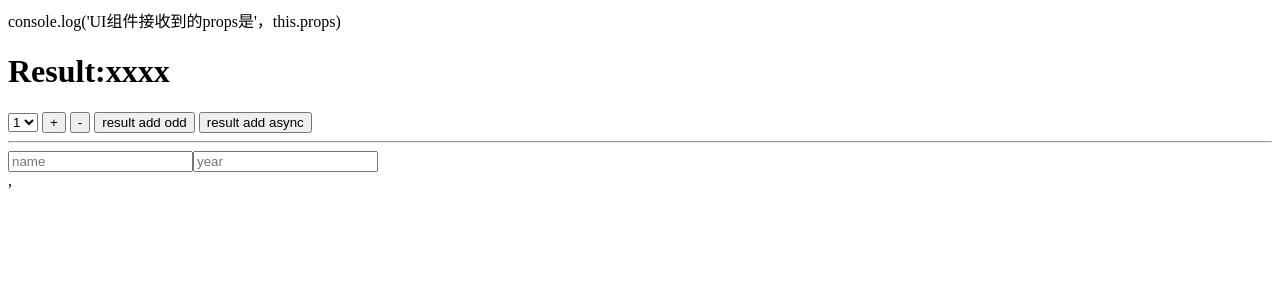
Repository: wenxi0504/React_redux220121
Page: / (app in redux_test/)
An editor plug-in stored every save of this project. The page is shown before and after the next save, followed by the edit.
The browser window is 1280 px wide. The pictures show the whole page.
The project was rebuilt for these pictures with package versions that can differ from the ones it lists, and the page was loaded fresh each time. Also part of the build but not shown: redux_test/src/component/Count/index.jsx.

Above is the page before, as saved 2022-01-27 21:27:04.

### redux_test/public/index.html
<!DOCTYPE html>
<html lang="en">
<head>
    <meta charset="UTF-8">
    <meta http-equiv="X-UA-Compatible" content="IE=edge">
    <meta name="viewport" content="width=device-width, initial-scale=1.0">
    <title>redux</title>
</head>
<body>
    <div id="root"></div>
</body>
</html>

### redux_test/src/index.js
import React from 'react'
import ReactDOM from 'react-dom'
import App from './App'
import store from'./redux/store'
import {Provider} from 'react-redux'

ReactDOM.render(
    <Provider store={store}>
        <App/>,
    </Provider>,
    document.getElementById('root')
    )

### redux_test/src/App.jsx
import React, { Component } from 'react';
import Count from './containers/Count'// container Count
import store from './redux/store'
import Person from './containers/Person'

export default class App extends Component {
  render() {
    return (<div>
      {/* 给容器组件传递store */}
        <Count store={store}/>
        <hr/>
        <Person/>
    </div>)
  }
}

### redux_test/src/redux/store.js
// this file is to expose a store object, the App only has one store object

//import createStore in order to create store object
import{createStore,applyMiddleware} from 'redux'
// import reducer
import countReducer from './reduces/counter_reducer'
//import redux-thunk , in order to support async action
import thunk from 'redux-thunk'


export default createStore(countReducer,applyMiddleware(thunk))

### redux_test/src/containers/Count/index.js
import CountUI from '../../component/Count'
import store from '../../redux/store'
//import connect to connect UI component and redux
import{connect} from 'react-redux'
//引入action
import {createIncrementAction,createDecrementAction,createIncrementAsyncAction} from '../../redux/counter_action'

import React, { Component } from 'react';


// define UI Component
class Count extends Component {
    state={carName:'Benz'}



    increment =()=>{
        const{value}=this.selectNumber
        this.props.jia(value*1)


    }
    decrement =()=>{
        const{value}=this.selectNumber
        this.props.jian(value*1)


    }
    incrementIfOdd =()=>{
        const{value}=this.selectNumber
        if(this.props.count %2 !==0){
            this.props.jia(value*1,500)

        }

    }
    incrementAsync =()=>{
        const{value}=this.selectNumber
        this.props.jiaAsync(value*1)
        //setTimeout(()=>{

    }
  render() {
    return <div>
        console.log('UI组件接收到的props是'，this.props)
        <h1>Result:xxxx </h1>
        <select ref={c=>this.selectNumber=c}>
        <option value="1">1</option>
        <option value="2">2</option>
        <option value="3">3</option>
        </select>&nbsp;
        <button onClick={this.increment}>+</button>&nbsp;
        <button onClick={this.decrement}>-</button>&nbsp;
        <button onClick={this.incrementIfOdd}>result add odd</button>&nbsp;
        <button onClick={this.incrementAsync}>result add async</button>
    </div>;
  }
}



//映射状态
//const mapStateToProps = state=>({count:state})

//映射操作状态的方法
// const mapDispatchToProps=dispatch =>(
//     {
//         jia:number=>dispatch(createIncrementAction(number)),
//         jian:number=>dispatch(createDecrementAction(number)),
//         jiaAsync:(number,time)=>dispatch(createIncrementAsyncAction(number,time))
//     }

// )






//use connect to create and export a container component for Count
// export default connect(
//     mapStateToProps,
//     mapDispatchToProps
//     )(CountUI)

export default connect(
    state=>({count:state}),
    //mapDispatchToProps 的一般写法
    // dispatch =>(
        //     {
        //         jia:number=>dispatch(createIncrementAction(number)),
        //         jian:number=>dispatch(createDecrementAction(number)),
        //         jiaAsync:(number,time)=>dispatch(createIncrementAsyncAction(number,time))
        //     }

        // )
        //精简版 redux 可以自动分发dispatch
        {
          jia: createIncrementAction,
          jian:createDecrementAction,
          jiaAsync :createIncrementAsyncAction,

        }



)(Count)

### redux_test/src/containers/Person/index.js
import React, { Component } from 'react';

export default class index extends Component {
  render() {
    return <div>
     <input type="text" placeholder="name"></input>
     <input type="text" placeholder="year"></input>
    </div>;
  }
}

### redux_test/src/redux/reduces/counter_reducer.js
/*
1.this file is used to create a reducer in order to service
count component. reducer is a function
2. reducer pure function will receive two parameters, one is prestate,
and action object
*/


import {INCREMENT,DECREMENT} from '../constant'
//preState=initState is the default value of the paramet
const initState=0
export default function countReducer(preState=initState, action) {
    console.log(preState,action)
  if (preState === undefined) preState = 0;
  const { type, data } = action;
  switch (type) {
    case INCREMENT:
      return preState + data;
    case DECREMENT:
      return preState - data;
    //初始化
    default:
      return preState;
  }
}

### redux_test/src/redux/counter_action.js
// this file is used to create action object for Count component

import { INCREMENT,DECREMENT } from "./constant"
import store from './store'


 export function createIncrementAction(data){
return {type:INCREMENT,data}
}

//sync action, the value of the action is an object
export const createDecrementAction = data=>({type:DECREMENT,data})

// Async action , the value of action is a function. async action generally invoke sync action.
export const createIncrementAsyncAction=(data,time) =>{
    return ()=>{
     setTimeout(()=>{
        store.dispatch(createIncrementAction(data))

     },time)
  }
}

### redux_test/src/redux/constant.js
// define action object constant variable , in case spelling the wrong words

export const INCREMENT='increment'
export const DECREMENT='decrement'
export const ADD_PERSON='add_person'

After the next save:
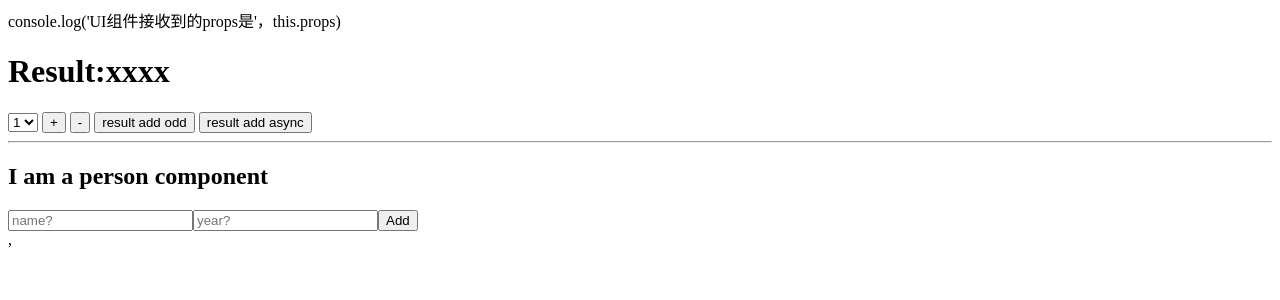
Saved 2 min 31 s later.
--- a/redux_test/src/containers/Person/index.js
+++ b/redux_test/src/containers/Person/index.js
@@ -1,10 +1,20 @@
 import React, { Component } from 'react';
+import {nanoid} from 'nanoid'
+export default class index extends Component {
+    addPerson=()=>{
+const name=this.nameNode.value
+const age=this.ageNode.value
+const personObj={id:nanoid(),name,age}
+console.log(name,age)
 
-export default class index extends Component {
+
+    }
   render() {
     return <div>
-     <input type="text" placeholder="name"></input>
-     <input type="text" placeholder="year"></input>
+        <h2>I am a person component</h2>
+     <input ref={c=>this.nameNode=c}  type="text" placeholder="name?"></input>
+     <input ref={c=>this.ageNode=c} placeholder="year?"></input>
+     <button onClick={this.addPerson}>Add</button>
     </div>;
   }
 }
